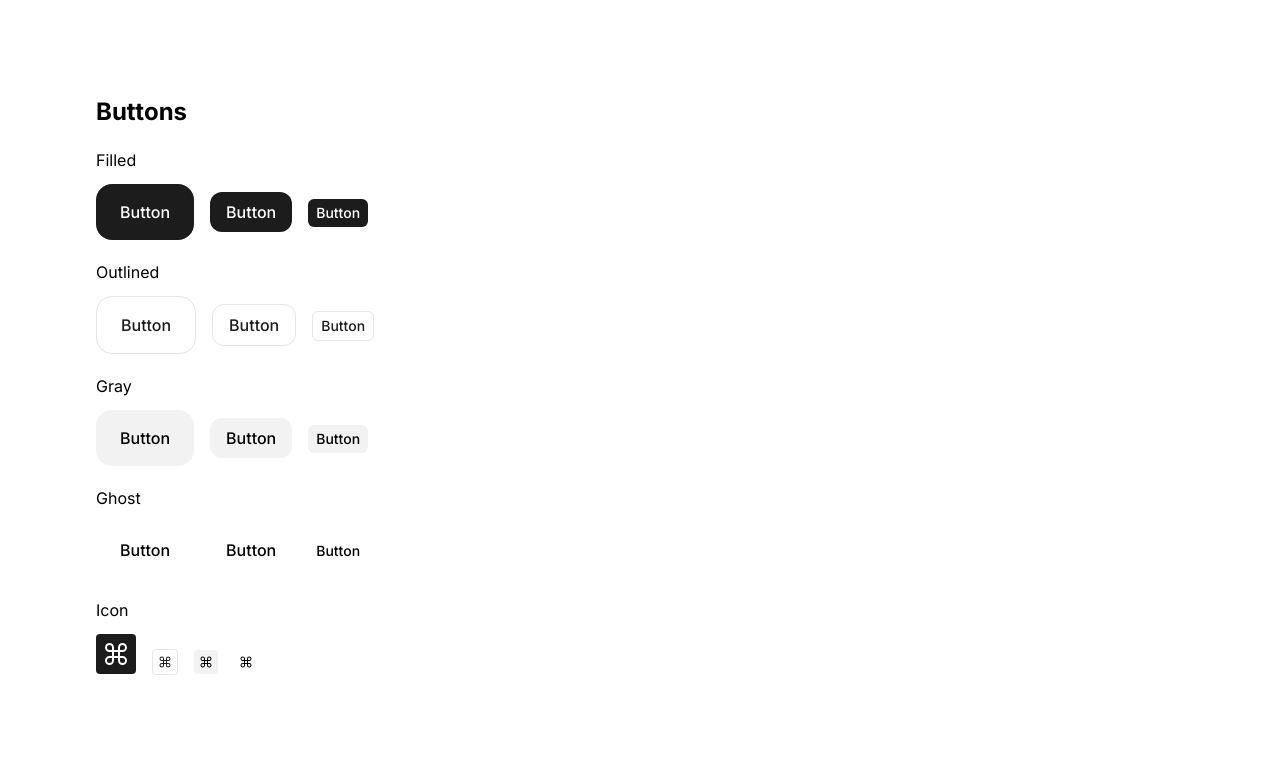
Repository: ggonzaga29/polarized-dashboard
Page: /
The author's editor kept a copy of each file at every save. The page is drawn from the files as they stood at one save, then again after the next save.
The browser window is 1280 px wide. The pictures show the whole page.
The project was rebuilt for these pictures with package versions that can differ from the ones it lists, and the page was loaded fresh each time. The framework's server and built-in components were replaced by stand-ins that run in the browser. Also part of the build but not shown: next.config.js.

Above is the page before, as saved 2023-08-04 00:45:54.

### src/app/layout.jsx
import './globals.css';
import { Inter } from 'next/font/google';
import { ThemeProvider } from '@/context/theme-provider';

const inter = Inter({ subsets: ['latin'] });

export const metadata = {
  title: 'Polarized | Dashboard',
};

export default function RootLayout({ children }) {
  return (
    <html lang="en">
      <body className={inter.className}>
        <ThemeProvider attribute="class" defaultTheme="system" enableSystem>
          {children}
        </ThemeProvider>
      </body>
    </html>
  );
}

### src/app/page.jsx
"use client"

import Image from 'next/image';
import { Button } from '@/components/ui/button';
import { Command } from '@phosphor-icons/react';

export default function Home() {
  return (
    <main className="min-h-screen flex-col items-center justify-between p-24 space-y-5">
      <h1 className="text-2xl font-bold">Buttons</h1>
      <div>
        <h2>Filled</h2>
        <div className="space-x-4 mt-3">
          <Button variant="filled" size="lg">
            Button
          </Button>
          <Button variant="filled" size="md">
            Button
          </Button>
          <Button variant="filled" size="sm">
            Button
          </Button>
        </div>
      </div>
      <div>
        <h2>Outlined</h2>
        <div className="space-x-4 mt-3">
          <Button variant="outlined" size="lg">
            Button
          </Button>
          <Button variant="outlined" size="md">
            Button
          </Button>
          <Button variant="outlined" size="sm">
            Button
          </Button>
        </div>
      </div>
      <div>
        <h2>Gray</h2>
        <div className="space-x-4 mt-3">
          <Button variant="gray" size="lg">
            Button
          </Button>
          <Button variant="gray" size="md">
            Button
          </Button>
          <Button variant="gray" size="sm">
            Button
          </Button>
        </div>
      </div>
      <div>
        <h2>Ghost</h2>
        <div className="space-x-4 mt-3">
          <Button variant="ghost" size="lg">
            Button
          </Button>
          <Button variant="ghost" size="md">
            Button
          </Button>
          <Button variant="ghost" size="sm">
            Button
          </Button>
        </div>
      </div>
      <div>
        <h2>Icon</h2>
        <div className="space-x-4 mt-3">
          <Button variant="filled" size="icon">
            <Command className="w-8 h-8" />
          </Button>
          <Button variant="outlined" size="icon">
            <Command />
          </Button>
          <Button variant="gray" size="icon">
            <Command />
          </Button>
          <Button variant="ghost" size="icon">
            <Command />
          </Button>
        </div>
      </div>
    </main>
  );
}

### src/app/globals.css
@tailwind base;
@tailwind components;
@tailwind utilities;

@layer base {
  :root {
    /* --background: 0 0% 100%;
    --foreground: 240 10% 3.9%;

    --muted: 240 4.8% 95.9%;
    --muted-foreground: 240 3.8% 46.1%;

    --popover: 0 0% 100%;
    --popover-foreground: 240 10% 3.9%;

    --card: 0 0% 100%;
    --card-foreground: 240 10% 3.9%;

    --border: 240 5.9% 90%;
    --input: 240 5.9% 90%;

    --primary: 240 5.9% 10%;
    --primary-foreground: 0 0% 98%;

    --secondary: 240 4.8% 95.9%;
    --secondary-foreground: 240 5.9% 10%;

    --accent: 240 4.8% 95.9%;
    --accent-foreground: 240 5.9% 10%;

    --destructive: 0 84.2% 60.2%;
    --destructive-foreground: 0 0% 98%;

    --ring: 240 5% 64.9%;

    --radius: 0.5rem; */

    /* 1C1C1C */
    /* Black shades */
    --shade-100: hsl(0, 0%, 11%);
    --shade-80: hsl(0, 0%, 20%);
    --shade-40: hsl(0, 0%, 40%);
    --shade-20: hsl(0, 0%, 60%);
    --shade-10: hsl(0, 0%, 90%);
    --shade-5: hsl(0, 0%, 95%);

    /* White tints */
    --tint-100: hsl(0, 0%, 100%);
    --tint-80: hsl(0, 0%, 80%);
    --tint-40: hsl(0, 0%, 60%);
    --tint-20: hsl(0, 0%, 40%);
    --tint-10: hsl(0, 0%, 20%);
    --tint-5: hsl(0, 0%, 10%);

    /* F7F9FB */
    --primary-light: hsl(210, 50%, 98%);
    /* E3F5FF */
    --primary-blue: hsl(210, 90%, 95%);
    /* E5ECF6 */
    --primary-purple: hsl(240, 20%, 90%);
    /* 1C1C1C */
    --primary-brand: hsl(0, 0%, 11%);

    /* 95A4FC */
    --secondary-purple-a: hsl(240, 60%, 75%);
    /* A8C5DA */
    --secondary-blue-a: hsl(200, 30%, 75%);
    /* E3F5FF */
    --secondary-blue-b: hsl(210, 90%, 95%);
    /* A1E3CB */
    --secondary-green-a: hsl(160, 70%, 75%);
    /* BAEDBD */
    --secondary-green-b: hsl(100, 40%, 75%);
    /* FFE999 */
    --secondary-yellow: hsl(50, 100%, 75%);
    /* FF4747 */
    --secondary-red: hsl(0, 100, 64);
  }

  .dark {
    /* --background: 240 10% 3.9%;
    --foreground: 0 0% 98%;

    --muted: 240 3.7% 15.9%;
    --muted-foreground: 240 5% 64.9%;

    --popover: 240 10% 3.9%;
    --popover-foreground: 0 0% 98%;

    --card: 240 10% 3.9%;
    --card-foreground: 0 0% 98%;

    --border: 240 3.7% 15.9%;
    --input: 240 3.7% 15.9%;

    --primary: 0 0% 98%;
    --primary-foreground: 240 5.9% 10%;

    --secondary: 240 3.7% 15.9%;
    --secondary-foreground: 0 0% 98%;

    --accent: 240 3.7% 15.9%;
    --accent-foreground: 0 0% 98%;

    --destructive: 0 62.8% 30.6%;
    --destructive-foreground: 0 85.7% 97.3%;

    --ring: 240 3.7% 15.9%; */
  }
}

### src/components/ui/button.jsx
import React from 'react';
import { Slot } from '@radix-ui/react-slot';
import { cva } from 'class-variance-authority';
import { twMerge } from 'tailwind-merge';

const button = cva(
  [
    'inline-flex items-center gap-2 justify-center font-medium transition-colors disabled:pointer-events-none disabled:opacity-50',
  ],
  {
    variants: {
      variant: {
        filled: ['bg-primary-brand', 'text-white', "hover:bg-tint-10"],
				outlined: ['border border-shade-10', 'text-shade-100', 'hover:border-shade-80'],
				gray: ['bg-shade-5', 'text-black', 'hover:bg-shade-10'],
				ghost: ['text-black', 'hover:bg-shade-10'],
      },

      size: {
        sm: ['px-2', 'py-1', 'rounded-md', "text-sm"],
        md: ['px-4', 'py-2', 'rounded-xl'],
        lg: ['px-6', 'py-4', 'rounded-2xl'],
				icon: ['p-1', 'rounded'],
      },
    },
		defaultVariants: {
			variant: 'filled',
			size: 'md',
		}
  },
);

const Button = ({ asChild, variant, size, className, children }) => {
	const Component = asChild ? Slot : 'button';

	return (
    <Component className={twMerge(button({ variant, size }), className)}>
      {children}
    </Component>
  );
};

Button.displayName = 'Button';

export { Button };

### tailwind.config.js
/** @type {import('tailwindcss').Config} */
module.exports = {
	darkMode: ["class"],
	content: [
		'./pages/**/*.{js,jsx}',
		'./components/**/*.{js,jsx}',
		'./app/**/*.{js,jsx}',
		'./src/**/*.{js,jsx}',
	],
	theme: {
		// container: {
		//   center: true,
		//   padding: "2rem",
		//   screens: {
		//     "2xl": "1400px",
		//   },
		// },
		extend: {
			colors: {

				// --black-100: hsl(0, 0%, 11%);
				// --black-80: hsl(0%, 11%, 80%);

				// --white-100: hsl(0, 0%, 100%);
				// --white-80: hsl(0, 0%, 80%);
				// --white-40: hsl(0, 0%, 40%);
				// --white-20: hsl(0, 0%, 20%);
				// --white-10: hsl(0, 0%, 10%);
				// --white-5: hsl(0, 0%, 5%);


				shade: {
					100: "var(--shade-100)",
					80: "var(--shade-80)",
					40: "var(--shade-40)",
					20: "var(--shade-20)",
					10: "var(--shade-10)",
					5: "var(--shade-5)",
				},

				tint: {
					100: "var(--tint-100)",
					80: "var(--tint-80)",
					40: "var(--tint-40)",
					20: "var(--tint-20)",
					10: "var(--tint-10)",
					5: "var(--tint-5)",
				},

				primary: {
					brand: "var(--primary-brand)",
				}


				// border: "hsl(var(--border))",
				// input: "hsl(var(--input))",
				// ring: "hsl(var(--ring))",
				// background: "hsl(var(--background))",
				// foreground: "hsl(var(--foreground))",
				// primary: {
				//   DEFAULT: "hsl(var(--primary))",
				//   foreground: "hsl(var(--primary-foreground))",
				// },
				// secondary: {
				//   DEFAULT: "hsl(var(--secondary))",
				//   foreground: "hsl(var(--secondary-foreground))",
				// },
				// destructive: {
				//   DEFAULT: "hsl(var(--destructive))",
				//   foreground: "hsl(var(--destructive-foreground))",
				// },
				// muted: {
				//   DEFAULT: "hsl(var(--muted))",
				//   foreground: "hsl(var(--muted-foreground))",
				// },
				// accent: {
				//   DEFAULT: "hsl(var(--accent))",
				//   foreground: "hsl(var(--accent-foreground))",
				// },
				// popover: {
				//   DEFAULT: "hsl(var(--popover))",
				//   foreground: "hsl(var(--popover-foreground))",
				// },
				// card: {
				//   DEFAULT: "hsl(var(--card))",
				//   foreground: "hsl(var(--card-foreground))",
				// },
			},
			borderRadius: {
				// lg: "var(--radius)",
				// md: "calc(var(--radius) - 2px)",
				// sm: "calc(var(--radius) - 4px)",
			},
			keyframes: {
				// "accordion-down": {
				//   from: { height: 0 },
				//   to: { height: "var(--radix-accordion-content-height)" },
				// },
				// "accordion-up": {
				//   from: { height: "var(--radix-accordion-content-height)" },
				//   to: { height: 0 },
				// },
			},
			animation: {
				// "accordion-down": "accordion-down 0.2s ease-out",
				// "accordion-up": "accordion-up 0.2s ease-out",
			},
		},
	},
	plugins: [require("tailwindcss-animate")],
}

Loaded but not shown: src/context/theme-provider.jsx (common file)

After the next save:
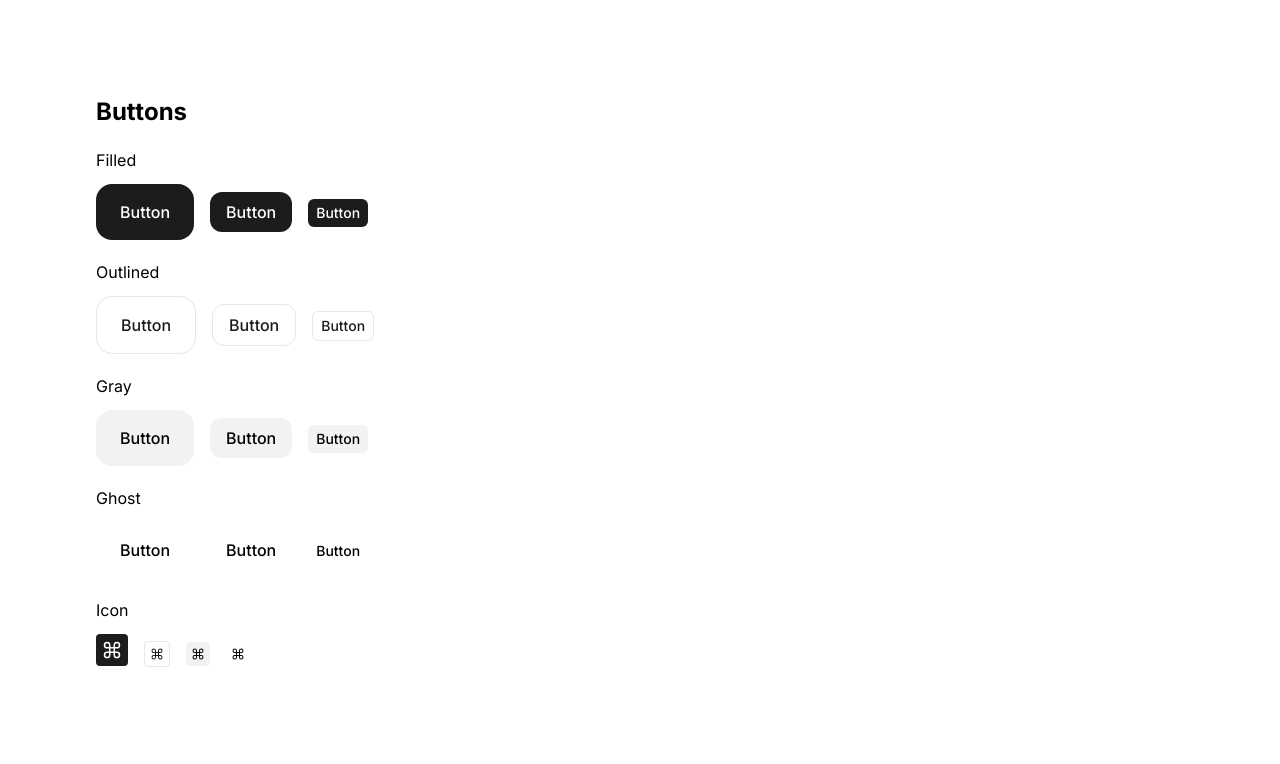
Saved 14 s later.
--- a/src/app/page.jsx
+++ b/src/app/page.jsx
@@ -68,7 +68,7 @@ export default function Home() {
         <h2>Icon</h2>
         <div className="space-x-4 mt-3">
           <Button variant="filled" size="icon">
-            <Command className="w-8 h-8" />
+            <Command className="h-6 w-6" />
           </Button>
           <Button variant="outlined" size="icon">
             <Command />
